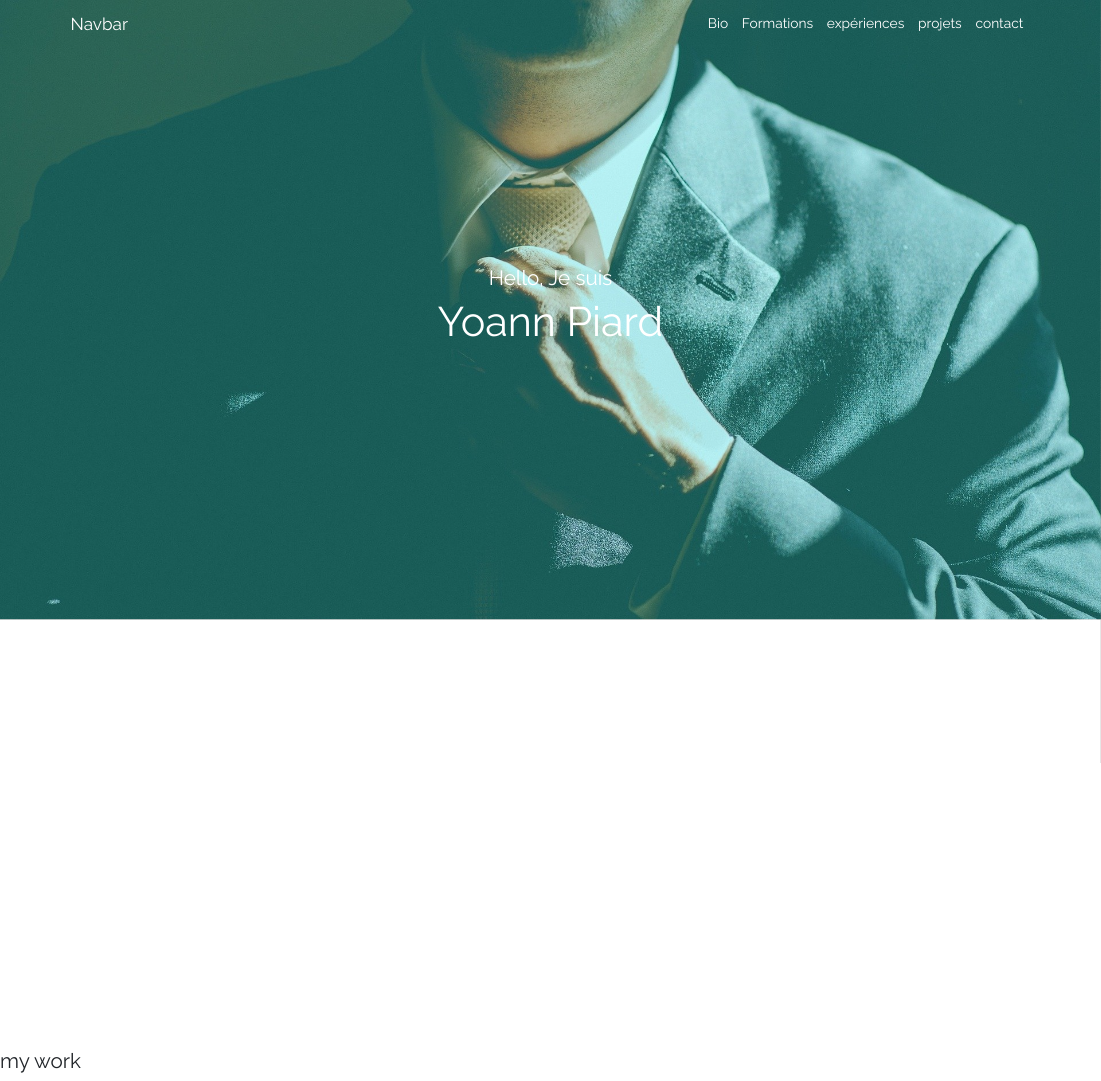
Repository: ypiard85/port-folio-bootstrap-yoann-2021
Page: index.html
An editor plug-in stored every save of this project. The page is shown before and after the next save, followed by the edit.
The browser window is 1280 px wide. The pictures show the whole page, at 86% of full size.

Above is the page before, as saved 2021-03-09 15:07:24.
Console error: TypeError: window.onload is not a function

### index.html
<!DOCTYPE html>
<html lang="en">
  <head>
    <meta charset="UTF-8" />
    <meta http-equiv="X-UA-Compatible" content="IE=edge" />
    <meta name="viewport" content="width=device-width, initial-scale=1.0" />
    <link rel="stylesheet" href="https://use.fontawesome.com/releases/v5.15.2/css/all.css" integrity="sha384-vSIIfh2YWi9wW0r9iZe7RJPrKwp6bG+s9QZMoITbCckVJqGCCRhc+ccxNcdpHuYu" crossorigin="anonymous">    <!-- CSS only -->
    <link rel="stylesheet" href="./resource/style.css" />
    <link
      href="https://cdn.jsdelivr.net/npm/bootstrap@5.0.0-beta2/dist/css/bootstrap.min.css"
      rel="stylesheet"
      integrity="sha384-BmbxuPwQa2lc/FVzBcNJ7UAyJxM6wuqIj61tLrc4wSX0szH/Ev+nYRRuWlolflfl"
      crossorigin="anonymous"
    />
    <title>Document</title>
  </head>
  <body>
    <nav class="navbar position-fixed w-100 navbar-expand-lg navbar-light">
      <div class="container">
        <a class="navbar-brand" href="#">Navbar</a>
        <button
          class="navbar-toggler"
          type="button"
          data-bs-toggle="collapse"
          data-bs-target="#navbarNav"
          aria-controls="navbarNav"
          aria-expanded="false"
          aria-label="Toggle navigation"
        >
          <span class="navbar-toggler-icon"></span>
        </button>
        <div class="collapse navbar-collapse" id="navbarNav">
          <ul class="navbar-nav">
            <li class="nav-item">
              <a class="nav-link active" aria-current="page" href="#bio">Bio</a>
            </li>
            <li class="nav-item">
              <a class="nav-link" href="#formation">Formations</a>
            </li>
            <li class="nav-item">
              <a class="nav-link" href="#experience">expériences</a>
            </li>
            <li class="nav-item">
              <a class="nav-link" href="#projet">projets</a>
            </li>
            <li class="nav-item">
              <a class="nav-link" href="#contact">contact</a>
            </li>
          </ul>
        </div>
      </div>
    </nav>

    <header
      class="container-fluid flex-column
          d-flex align-items-center justify-content-center"
    >
      <h4>Hello, Je suis</h4>
      <h1>Yoann Piard</h1>
    </header>

    <section class="about_me in container mb-5">
      <div class="about_card rounded shadow-lg">
        <div class="container">
          <div class="row">
            <div class="col-md-6  col-sm-12 p-3 p-sm-4 align-self-center">
              <h2 class="mb-4" >A propos de moi</h2>
              <p>
                Passionné par l'informatique depuis mon plus jeune âge, je me
                suis tout naturellement orienté vers dans le secteur du
                développement web et logiciel. Depuis 2019, je mets mon savoir
                auprès d'associations et entreprises, les aidant à augmenter
                leurs visibilités sur internet. Aujourd'hui, je cherche à
                intégrer une entreprise afin de travailler sur des projets
                concrets et de monter en compétence.
              </p>
              <ul class="d-flex">
                  <li><a href=""><i class="fab fa-instagram"></i></a></li>
                  <li><a href=""><i class="fab fa-linkedin-in"></i></a></li>
                  <li><a href=""><i class="fab fa-github"></i></a></li>
              </ul>
            </div>
            <div class="col-md-6 col-sm-12 p-3 p-sm-5 d-none d-md-block">
              <img class="img-fluid img-thumbnail" src="./resource/image/yoann_piard.png" alt="" />
            </div>
          </div>
        </div>
      </div>
    </section>

    <section class="my_cork">
        <h4>my work</h4>
    </section>

    <!-- JavaScript Bundle with Popper -->
    <script
      src="https://cdn.jsdelivr.net/npm/bootstrap@5.0.0-beta2/dist/js/bootstrap.bundle.min.js"
      integrity="sha384-b5kHyXgcpbZJO/tY9Ul7kGkf1S0CWuKcCD38l8YkeH8z8QjE0GmW1gYU5S9FOnJ0"
      crossorigin="anonymous"
    ></script>
    <script src="https://unpkg.com/scrollreveal"></script>
    <script src="./resource/scrollreveal.js"></script>
    <script src="./resource/app.js"></script>
    <script>window.onload(scrollEffect()) </script>
  </body>
</html>

### resource/style.css
@import url('https://fonts.googleapis.com/css2?family=Raleway&display=swap');

*{
    transition: 0.3s;
}

body{
    font-family: 'Raleway', sans-serif!important;
}


.navbar-collapse{
    flex-grow: 0!important;
}

nav a{
    color: white!important;
}

header{
    height: 100vh;
    background: gray;
    background-image: linear-gradient(90deg, rgba(0,231,249,0.2780462526807598) 100%, rgba(0,4,24,0.4405112386751575) 74%), url('./image/about-section.jpg');
    background-repeat: no-repeat;
    background-size: cover;
    background-position: top center;
    color: white;
}

header h1{
    font-weight: normal;
    font-size: 3em;
}

.about_card{
    margin: auto;
    width: 900px;
    max-width: 100%;
    background-color: white;
}

.about_card a{
    font-family: Arial!important;
}


.about_card img{
    width: 100%;
    border-radius: 50%;
}

.about_card ul{
    list-style: none;
    padding: 0;
}

.about_card i{
    font-size: 1em;
    color: black;
}

.about_card{
    line-height: 2em;
}

.about_card li{
    margin-right: 10px;
}

.in{
    transform: translateY(-150px);
}

### resource/scrollreveal.js
function scrollEffect(){


    ScrollReveal().reveal('.about_me', {
        delay: 150,
        duration: 1000,
        reset: true,
        origin: 'bottom',
        distance: '50%'
    });

}

### resource/app.js
ScrollReveal().reveal('.about_me', {
    delay: 250,
    duration: 1000,
    reset: true,
    origin: 'bottom',
    distance: '20%'
});

After the next save:
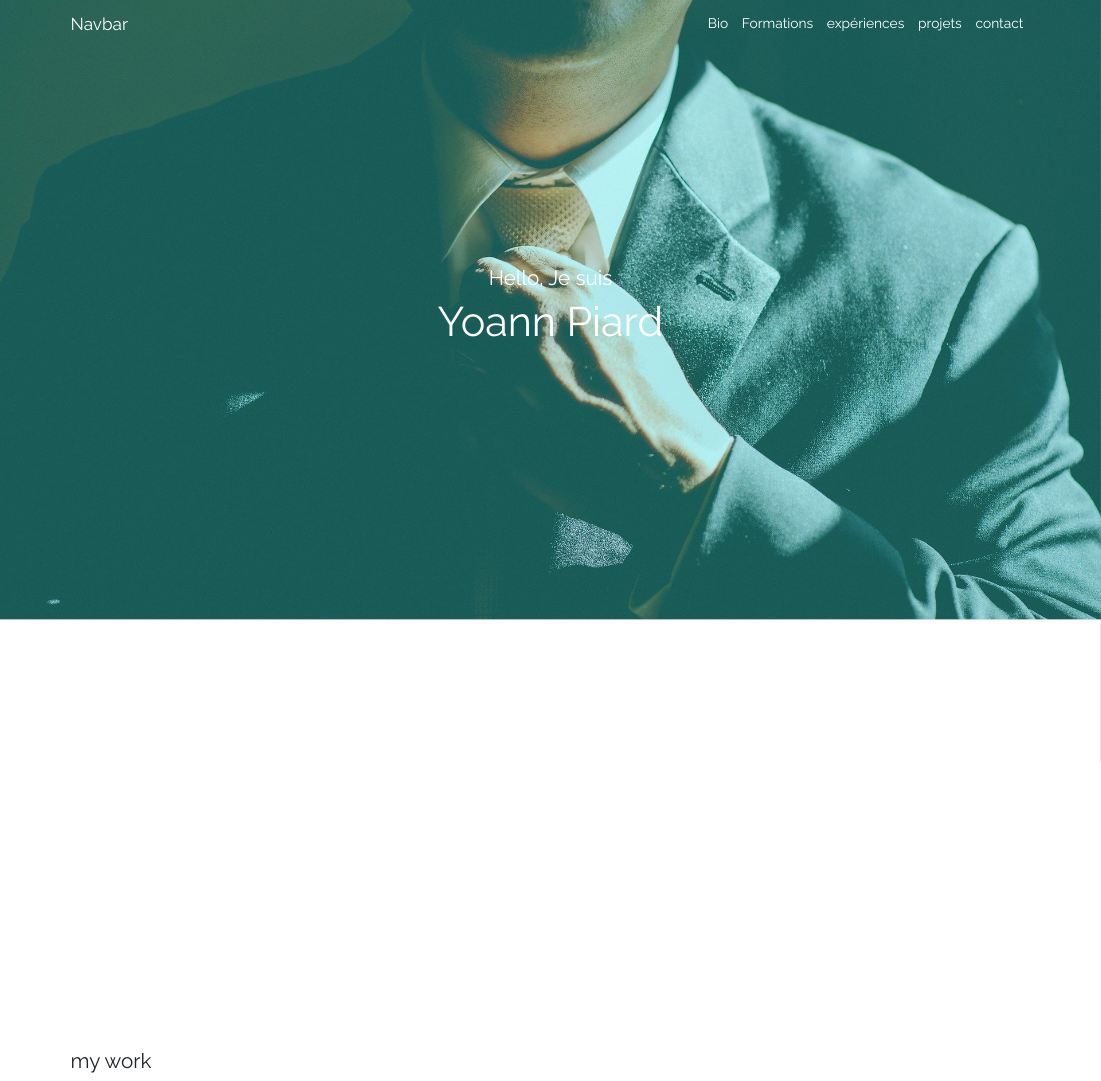
Saved 30 s later.
--- a/index.html
+++ b/index.html
@@ -88,8 +88,10 @@
       </div>
     </section>
 
-    <section class="my_cork">
-        <h4>my work</h4>
+    <section>
+        <div class="container">
+            <h4>my work</h4>
+        </div>
     </section>
 
     <!-- JavaScript Bundle with Popper -->
